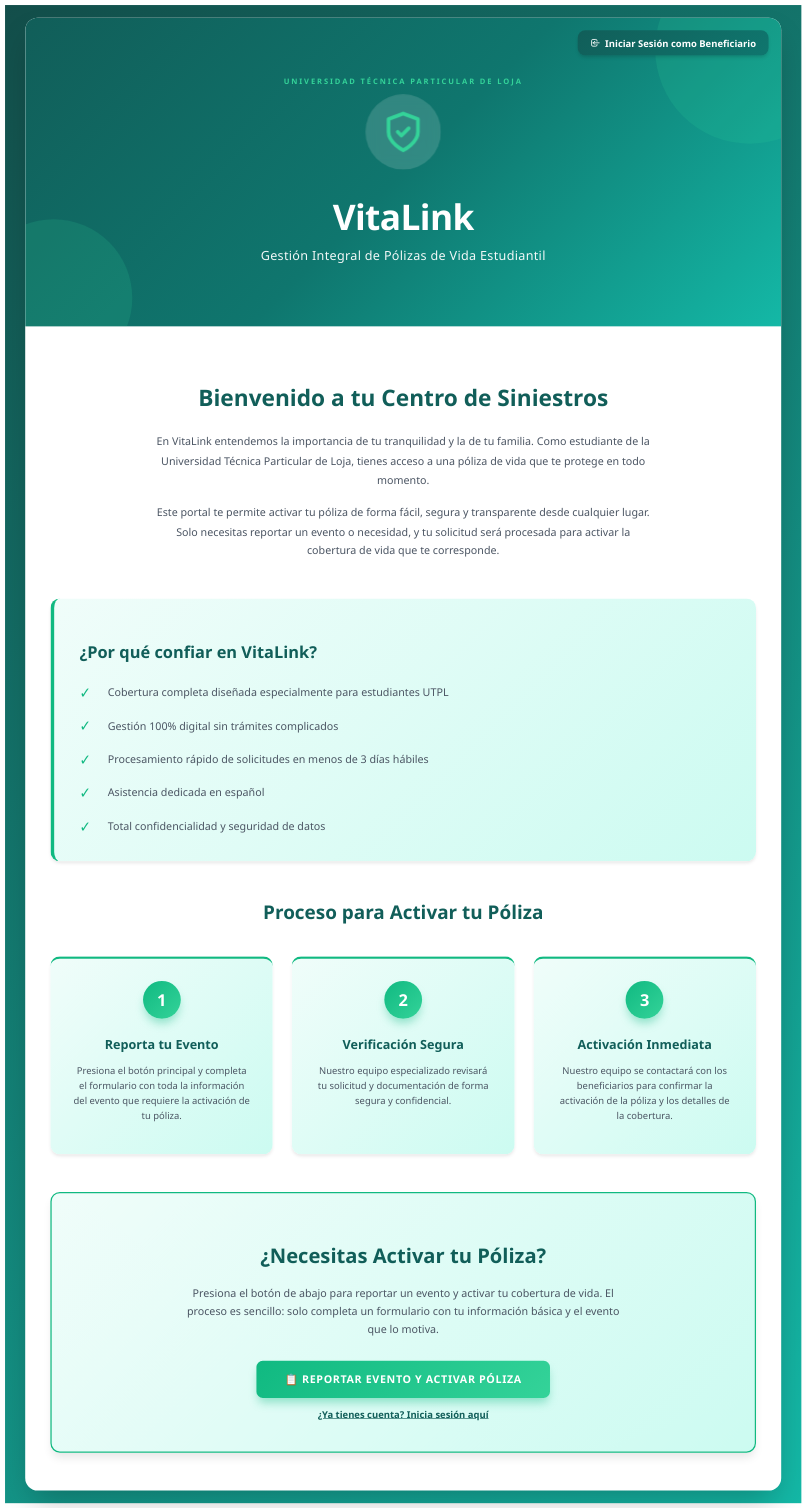
Repository: Carlosmicael/seguroVitaLink
Page: templates/siniestros/siniestro_report.html
These files come from the project's save history. The page is drawn as it stood at one moment and after the next save; the edit follows.
The browser window is 1280 px wide. The pictures show the whole page, at 63% of full size.
The template is drawn by Django 5.2. The application's start-up code is not run. The template is opened directly, without the code that normally fills it, so the values that code supplies are empty.

Above is the page before, as saved 2026-01-22 21:16:07.

After the next save:
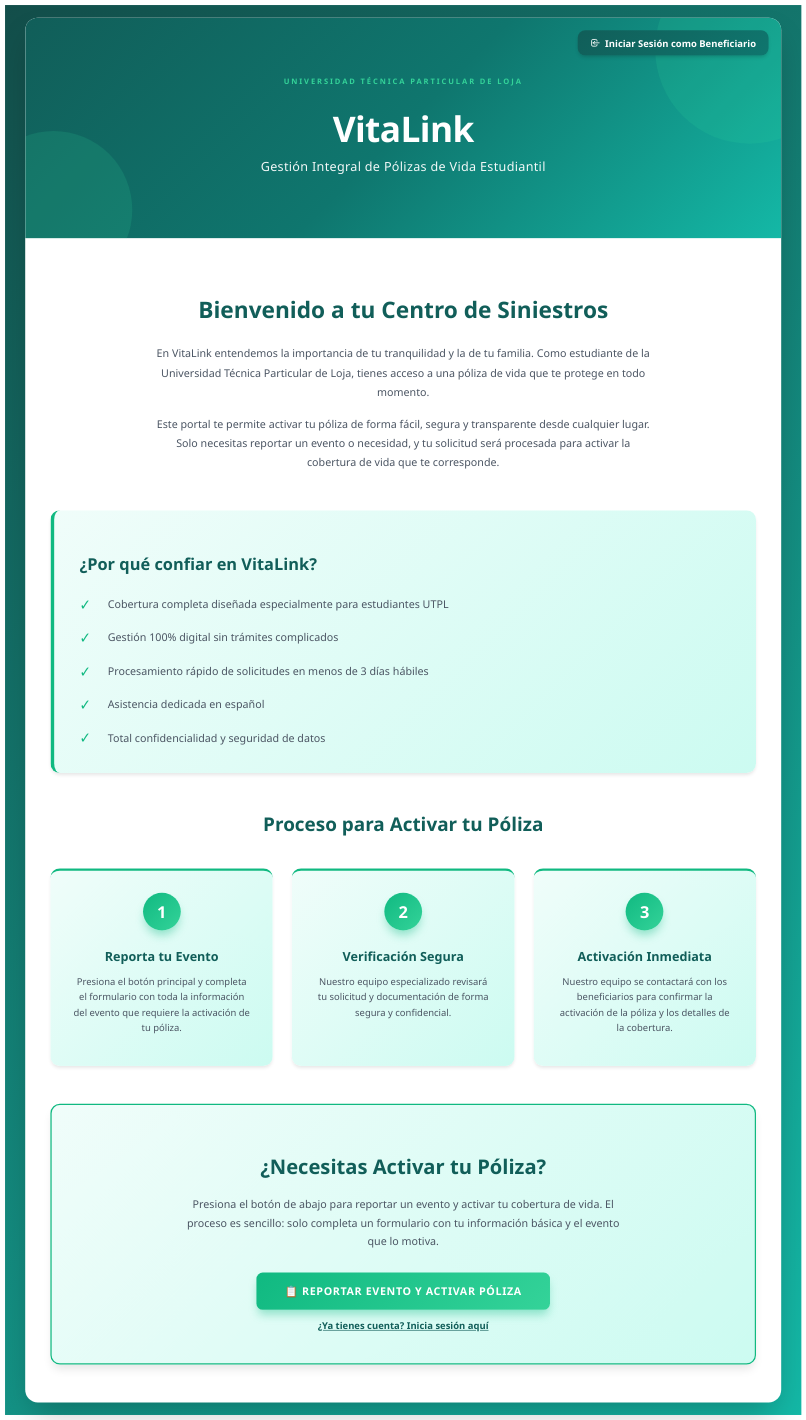
Saved 72 s later.
--- a/templates/siniestros/siniestro_report.html
+++ b/templates/siniestros/siniestro_report.html
@@ -36,12 +36,12 @@
                 </p>
 
                 <!-- Insurance Icon SVG -->
-                <div style="margin: 0 auto 30px; width: 120px; height: 120px; background: rgba(255,255,255,0.15); border-radius: 50%; display: flex; align-items: center; justify-content: center; backdrop-filter: blur(10px); animation: float 3s ease-in-out infinite;">
+                {% comment %} <div style="margin: 0 auto 30px; width: 120px; height: 120px; background: rgba(255,255,255,0.15); border-radius: 50%; display: flex; align-items: center; justify-content: center; backdrop-filter: blur(10px); animation: float 3s ease-in-out infinite;">
                     <svg width="70" height="70" viewBox="0 0 24 24" fill="none" stroke="#34d399" stroke-width="2" stroke-linecap="round" stroke-linejoin="round">
                         <path d="M12 22s8-4 8-10V5l-8-3-8 3v7c0 6 8 10 8 10z"></path>
                         <path d="M9 12l2 2 4-4"></path>
                     </svg>
-                </div>
+                </div> {% endcomment %}
 
                 <h1 style="font-size: 56px; font-weight: 900; margin-bottom: 15px; letter-spacing: -1px; line-height: 1;">
                     VitaLink
